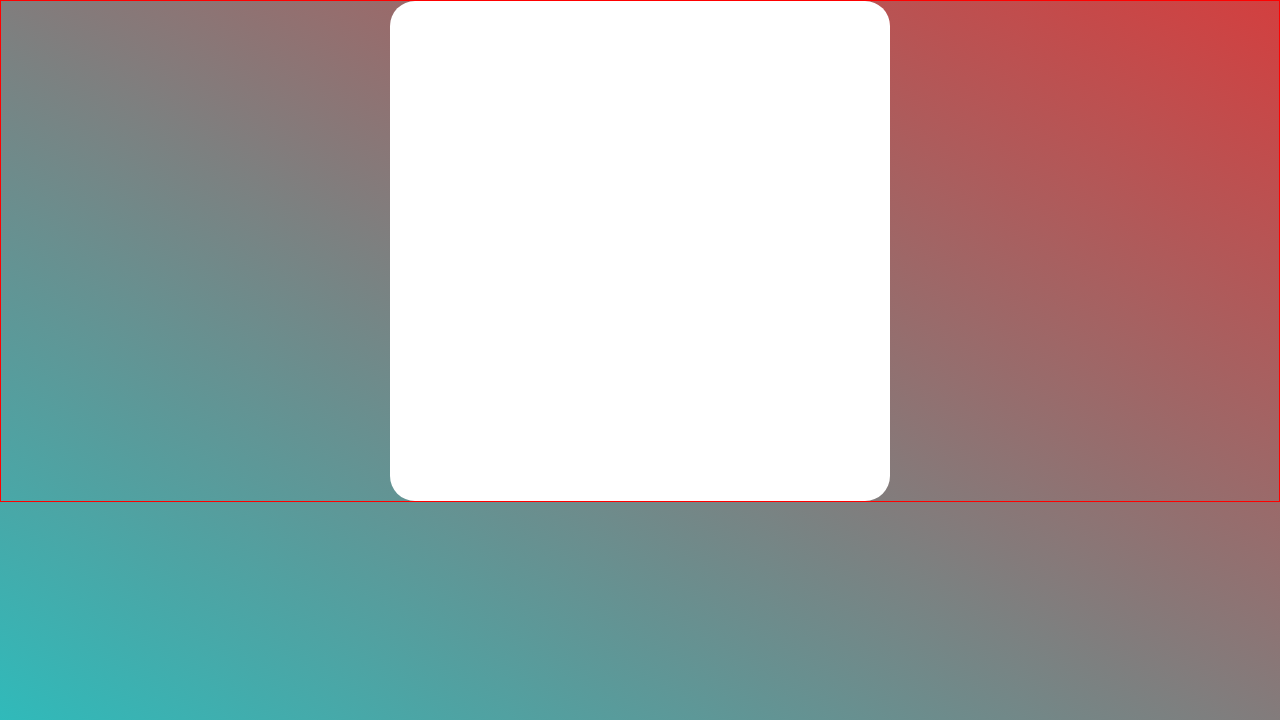
Repository: Lewisjohnward/kindle-clippings-to-cards
Page: /
These files come from the project's save history. The page is drawn as it stood at one moment and after the next save; the edit follows.
The browser window is 1280 px wide. The pictures show the whole page.
The project was rebuilt for these pictures with package versions that can differ from the ones it lists, and the page was loaded fresh each time.

Above is the page before, as saved 2021-10-28 20:31:43.

After the next save:
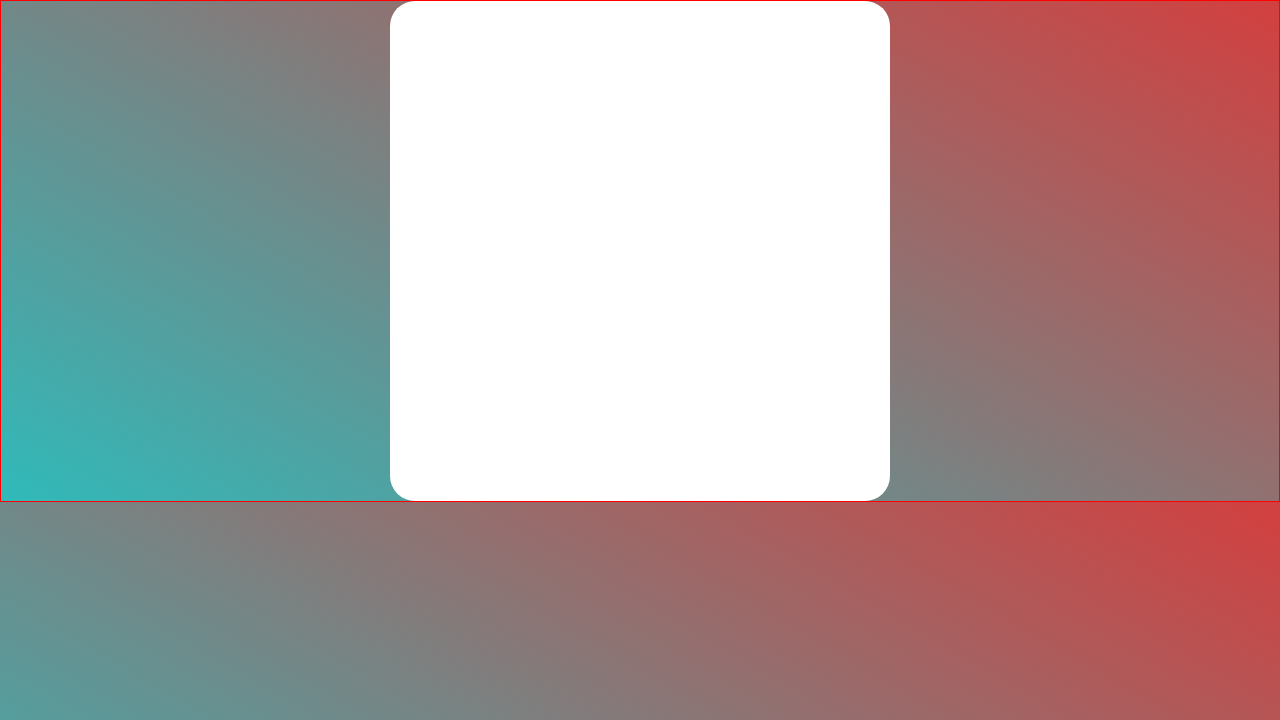
Saved 29 s later.
--- a/src/App.js
+++ b/src/App.js
@@ -5,8 +5,6 @@
     body{
         margin: 0;
         padding: 0;
-        background-repeat: no-repeat;
-        background-attachment: fixed;
         background-image: linear-gradient(
             30deg,
             rgb(48, 186, 186),

After the save that followed:
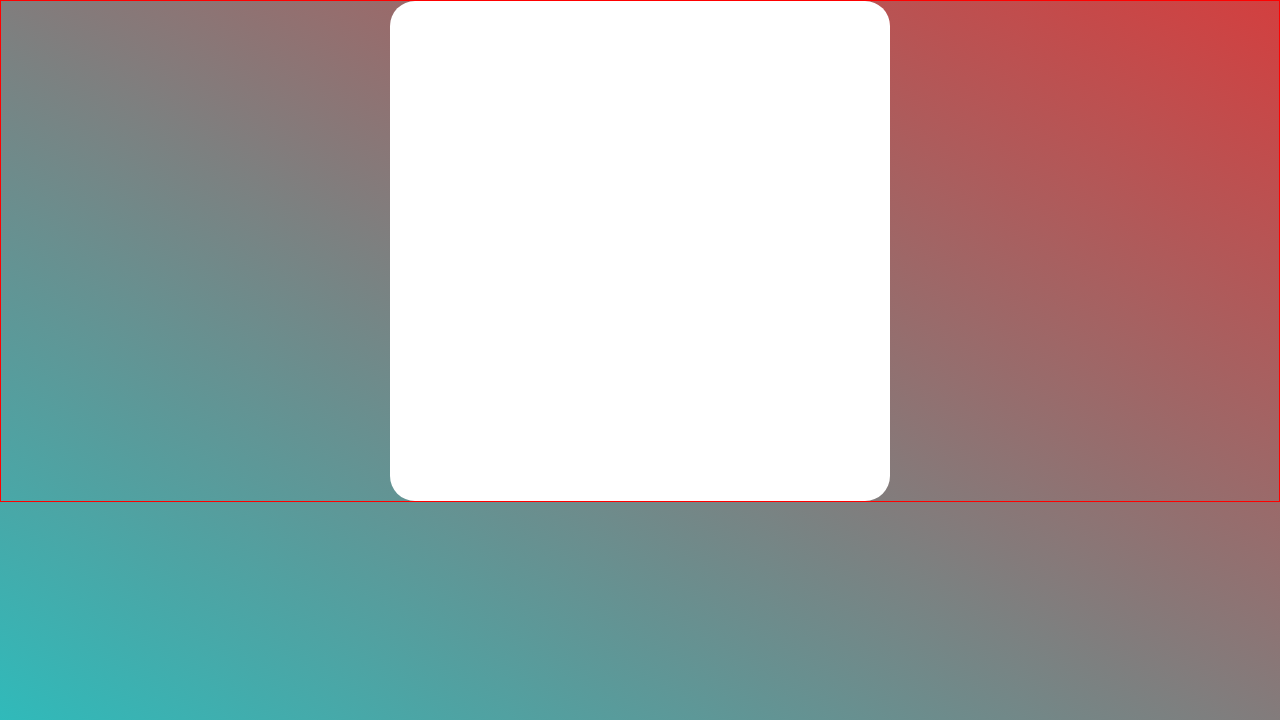
Saved 7 s later.
--- a/src/App.js
+++ b/src/App.js
@@ -5,6 +5,8 @@
     body{
         margin: 0;
         padding: 0;
+        background-repeat: no-repeat;
+        background-attachment: fixed;
         background-image: linear-gradient(
             30deg,
             rgb(48, 186, 186),
